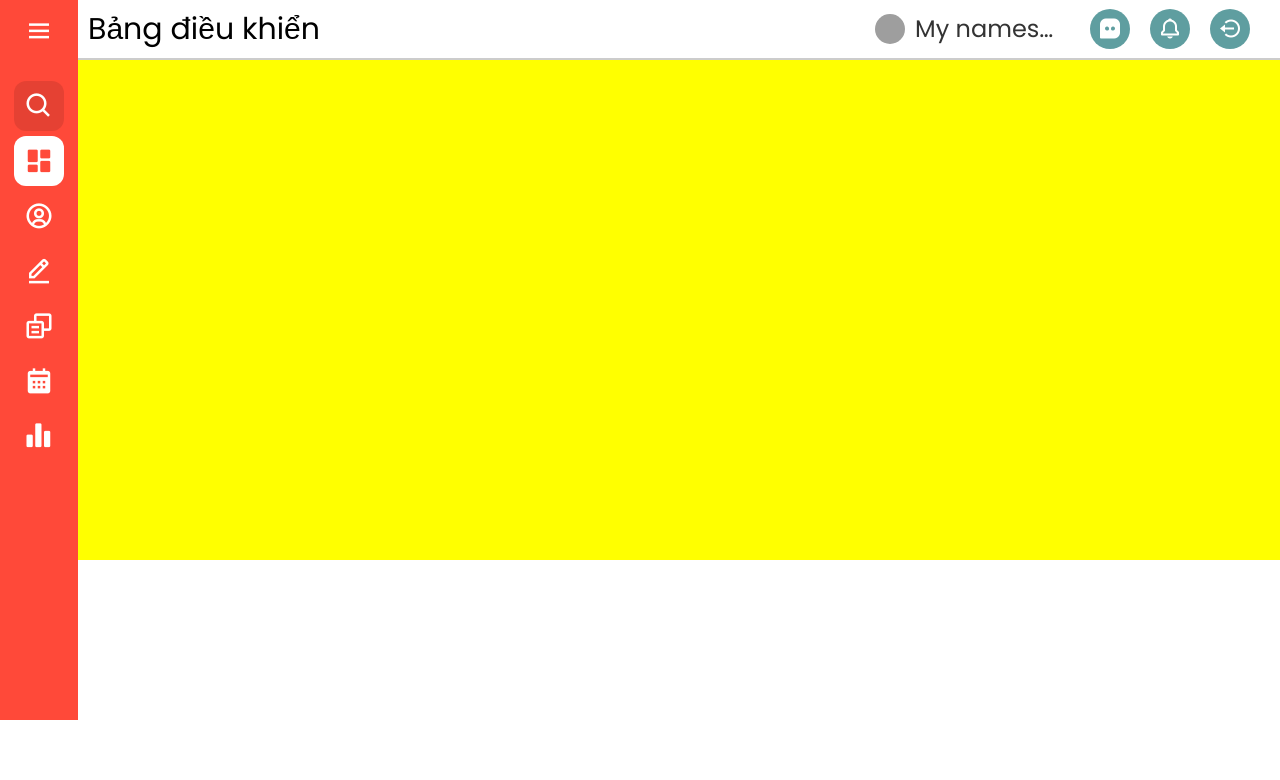
Repository: ThangQuyeenf/Wassefy.github.io
Page: teacher.html
An editor plug-in stored every save of this project. The page is shown before and after the next save, followed by the edit.
The browser window is 1280 px wide. The pictures show the whole page.
Pictures or frames that could not be fetched are drawn as grey boxes.

Above is the page before, as saved 2021-08-31 08:34:35.

### teacher.html
<!DOCTYPE html>
<html lang="en">
<head>
    <meta charset="UTF-8">
    <meta http-equiv="X-UA-Compatible" content="IE=edge">
    <meta name="viewport" content="width=device-width, initial-scale=1.0">
    <link rel="stylesheet" href="./CSS/general.css" type="text/css">
    <link rel="stylesheet" href="./CSS/teacher.css" type="text/css">
    <link rel="stylesheet" href="./CSS/table.css" type = "text/css">
    <script type = "text/javascript" src="./JS/teacher.js" defer ></script>
    <script type = "text/javascript" src="./JS/general.js" defer ></script>
    <link href='https://unpkg.com/boxicons@2.0.9/css/boxicons.min.css' rel='stylesheet'>
     <script type="module" src="https://unpkg.com/ionicons@5.5.2/dist/ionicons/ionicons.esm.js"></script>
    <script nomodule src="https://unpkg.com/ionicons@5.5.2/dist/ionicons/ionicons.js"></script>
</head>
<body>
    <div class="container">
        <!-- // header -->
        <div class="header">
            <div id="func_select">Bảng điều khiển</div>
            <div class="user">
                <div class="user-info">
                    <img src="./IMG/basket11.jpg" alt="" class="user_img">
                    <div class="user_names">My names adasdsadssd</div>
                </div>
                <div class="user_message">
                    <i class='bx bxs-message-square-dots'></i>
                </div>
                <div class="user_notification">
                    <i class='bx bx-bell'></i>
                </div>
                <div class="user_logout">
                    <i class='bx bx-log-out-circle'></i>
                </div>
            </div>
        </div>
        <!-- // Menu -->
        <div class="navigation">
            <div class="logo_content">
                <div class="logo">
                    <i class='bx bxs-analyse'></i>
                    <div class="logo-name">EMS</div>
                </div>
                <i class='bx bx-menu' id="menu-btn"></i>
            </div>
            <ul class="nav_list">
                <li>
                    <i class='bx bx-search'></i>
                    <input type="text" placeholder="Search...">
                    <span class="tooltip">Search</span>
                </li>
                <li>
                    <a href="#" class="list active">

                        <i class='bx bxs-dashboard'></i>
                        <span class="links_name">Bảng điều khiển</span>
                    </a>
                    <span class="tooltip">Bảng điều khiển </span>
                </li>
                 <li>
                    <a href="#" class="list">
                        <i class='bx bx-user-circle'></i>
                        <span class="links_name">Hồ sơ giảng viên</span>
                    </a>
                    <span class="tooltip">Hồ sơ giảng viên</span>
                </li>
                <li>
                    <a href="#" class="list">
                        <i class='bx bx-edit-alt'></i>
                        <span class="links_name">Đăng ký giảng dạy</span>
                    </a>
                    <span class="tooltip">Đăng ký giảng dạy</span>
                </li>
                <li>
                    <a href="#" class="list">
                        <i class='bx bx-copy-alt'></i>
                        <span class="links_name">Phân công giảng dạy</span>
                    </a>
                    <span class="tooltip">Phân công giảng dạy</span>
                </li>
                <li>
                    <a href="#" class="list">
                        <i class='bx bxs-calendar'></i>
                        <span class="links_name">Thời khóa biểu</span>
                    </a>
                    <span class="tooltip">Thời khóa biểu</span>
                </li>
                <li>
                    <a href="#" class="list">
                        <i class='bx bxs-bar-chart-alt-2'></i>
                        <span class="links_name">Quản lý điểm</span>
                    </a>
                    <span class="tooltip">Quản lý điểm</span>
                </li>
            </ul>
        </div>
        <!-- // Content - Nội dung
        // Bảng điều khiển -->
         <div class="content active">
            <div class="dashboard"></div>
        </div>
        <!-- // Hồ sơ giảng viên -->
        <div class="content">

        </div>
        <!-- // Đăng ký giảng dạy -->
        <div class="content">

        </div>
        <!-- Phân công giảng dạy -->
        <div class="content">

        </div>
        <!-- Thời khóa biểu -->
        <div class="content">

        </div>
        <!-- Quản lý điểm -->
        <div class="content">
        </div>
    </div>
</body>
</html>

### CSS/general.css
@import url('https://fonts.googleapis.com/css2?family=Poppins:wght@200;300;400;500;600;700;800;900&display=swap');

*
{
    margin: 0;
    padding: 0;
    box-sizing: border-box;
    font-family: 'Poppins', sans-serif;
}

body {
    min-height: 100vh;
    /* background:red; */
}
.container{
    width: 100%;
    margin: auto auto;
    display: grid;
    grid-template-columns: 78px calc(100% - 78px);
    grid-gap: 0 0;
    transition: all .4s ease;
    grid-template-areas:
    "h2 h1 "
    "h2 h3";
}
.container.active{
    transition: all .4s ease;/* */
    grid-template-columns: 240px calc(100% - 240px);
}

.header{
    position: relative;
    grid-area: h1;
    height: 60px;
    /* background-color: salmon; */
    transition: all .4s ease;
    width: 100%;
    display: flex;
    border-bottom: 2px solid rgba(0, 0,0, 0.2);
    /* border-radius: -40px;
    border-bottom-left-radius: 40px; */
}
#func_select{
    text-align: center;
    position: absolute;
    top: 50%;
    left: 10px;
    font-size: 30px;
    transform: translateY(-50%);
}
.user{
    display: flex;
    text-align: center;
    justify-content: space-between;
    position: absolute;
    right: 10px;
    top: 50%;
    transform: translateY(-50%);
    float: right;
    margin: 0 10px;
    font-size: 24px;
    color: #fff;
    line-height: 40px;
    align-items: center;
}
.user-info{
    height: 40px;
    border-radius: 40px;
    display:flex;
    max-width: 200px;
    align-items: center;
    margin-right: 10px;
    /* background-color: aquamarine; */
    justify-content: space-between;
}
.user-info:hover{
    background: #b1c9ca;
    transition: all .2s ease;
    cursor: pointer;
}
.user_img{
    padding: 5px;
    height: 40px;
    width: 40px;
    border-radius: 40px;
    margin-right: 0 10px;
}
.user_names{
    padding: 5px;
    margin-right: 10px;
    color: #333;
    text-align: left;
    display:-webkit-box;
    -webkit-line-clamp:1;
    -webkit-box-orient: vertical;
    overflow: hidden;
    text-overflow: ellipsis;
    word-break: break-word;
}
.user_message{
    height: 40px;
    width: 40px;
    border-radius: 40px;
    margin: 0 10px;
    background: cadetblue;
}
.user_notification{
    height: 40px;
    width: 40px;
    border-radius: 40px;
    background: cadetblue;
    margin: 0 10px;
}
.user_logout{
    height: 40px;
    width: 40px;
    border-radius: 40px;
    background: cadetblue;
    margin: 0 10px;
}
.user i{
    height: 40px;
    line-height: 40px;
    text-align: center;
}
.user_notification:hover,.user_message:hover,.user_logout:hover{
    background: #b1c9ca;
    transition: all .2s ease;
}


.navigation{
    position: relative;
    grid-area: h2;
    height: 100vh;
    background-color: darksalmon;
    transition: all .4s ease;
}
.navigation
{
    position: fixed;
    z-index: 1000;
    top: 0px;
    left: 0px;
    background-color: #ff1c08cc;
    padding: 6px 14px;
    width: 78px;
    transition: all 0.4s ease;
}
.navigation.active{
    width: 240px;
}
.navigation .logo_content .logo{
    color: #fff;
    display: flex;
    height: 50px;
    width: 100%;
    align-items: center;
    opacity: 0;
    pointer-events: none;
    transition:all .4s ease;
}
.navigation.active .logo_content .logo{
    opacity: 1;
    pointer-events: none;
}
.logo_content .logo i{
    font-size: 40px;
    margin-right: 5px;
}
.logo_content .logo .logo-name{
    font-size: 40px;
    font-weight: 500;
}
.navigation #menu-btn{
    color: #fff;
    position: absolute;
    left: 50%;
    top: 6px;
    font-size: 30px;
    width: 50px;
    height: 50px;
    text-align: center;
    line-height: 50px;
    transform: translateX(-50%);
}
.navigation.active #menu-btn{
    left: 90%;
}
.nav_list{
    margin-top: 25px;
}
.nav_list li{
    position: relative;
    height: 50px;
    width: 100%;
    margin: 5px 0;
    list-style-type: none;
    line-height: 50px;
}
.nav_list li a{
    color: #fff;
    display: flex;
    align-items: center;
    text-decoration: none;
    transition: all .4s ease;
    border-radius: 12px;
    white-space: nowrap;
}
.nav_list li a:hover{
    color: #ff1c08cc;
    background: #fff;
}
.list.active{
    color: #ff1c08cc;
    background: #fff;
}
.nav_list li input{
    position: absolute;
    height: 100%;
    width: 100%;
    left: 0;
    top: 0;
    border-radius: 12px;
    outline: none;
    border: none;
    background:rgba(0, 0, 0 ,0.1);
    padding-left: 50px;
    font-size: 18px;
    color: #fff;
}
.nav_list li .bx-search{
    position: absolute;
    z-index: 1001;
    color: #fff;
    font-size: 30px;
}
.nav_list li .bx-search:hover{
    background: #fff;
    color: #ff1c08cc;
}
.nav_list li i{
    height: 50px;
    min-width: 50px;
    border-radius: 12px;
    line-height: 50px;
    font-size: 30px;
    text-align: center;
}
.tooltip{
    position: absolute;
    left: 122px;
    top: 0;
    transform: translate(-50%, -50%);
    /* height: 35px; */
    min-width: 180px;
    max-width: 240px;
    background: #fff;
    box-shadow: 0 5px 10px rgba(0, 0, 0 ,0.2);
    border-radius: 12px;
    line-height: 35px;
    text-align: center;
    transition: 0s;
    opacity: 0;
    pointer-events: none;
    display: block;
}
.nav_list li:hover .tooltip{
    top: 50%;
    opacity: 1;
    transition: all .4s ease;
}
.nav_list.active li .tooltip{
    display: none;
}
.nav_list .links_name{
    opacity: 0;
    pointer-events: none;
    transition:all .4s ease;
    /* display:-webkit-box; */
    -webkit-line-clamp:1;
    -webkit-box-orient: vertical;
    overflow: hidden;
    text-overflow: ellipsis;
    word-break: break-word;
}
.nav_list.active .links_name{
    opacity: 1;
    pointer-events: auto;
}

.content{
    grid-area: h3;
    transition: all .4s ease;
    min-height: 100vh;
    position: relative;
    opacity: 0;
    display: none;
}
.content.active{
    display: block;
    opacity: 1;
    z-index: 1;
}
.del{
    height: 25px;
    width: 25px;
    border-radius: 6px;
    border: none;
    background-color: red;
    color: #fff;
}
.del:hover{
    opacity: 0.6;
    cursor: pointer;
}
.bottom-100{
   margin-bottom: 100px;
}
.del{
    height: 25px;
    width: 25px;
    border-radius: 6px;
    border: none;
    background-color: red;
    color: #fff;
}
.del:hover{
    opacity: 0.6;
    cursor: pointer;
}

.warning-text{
    color: red;
    /* font-size: 28px; */
}

### CSS/teacher.css
.dashboard{
    width: 100%;
    height: 500px;
    background-color:yellow;
    opacity: 1;
    position: absolute;
    top: 0;
    left: 0;
}

### CSS/table.css
/* --colNum: 8; */

.total{
    margin-top: -2px;
    position: relative;
    width: 96%;
    height: 45px;
    left: 50%;
    transform: translateX(-50%);
    border-left: 1px solid rgba(0, 0, 0 ,0.2);
    border-right: 1px solid rgba(0, 0, 0 ,0.2);
    border-bottom: 1px solid rgba(0, 0, 0 ,0.2);
    display: flex;
    justify-content: space-between;
    align-items: center;
    padding-left: 30px;
    /* margin-left: 20px; */
}
.title{
    margin-top: 20px;
    text-align: center;
}
.table{
    /* margin-left: 20px; */
    margin-top: 20px;
    position: relative;
    min-height: 107px;
    width: 96%;
    left: 50%;
    transform: translateX(-50%);
    border: 1px solid rgba(0, 0, 0 ,0.2);
    /* border-radius: 6px; */
    overflow: hidden;
}
.table li{
    padding: 10px 0;
    display: flex;
    justify-content: space-between;
    text-align: center;
    position: relative;
    min-height: 45px;
}
.table-header{
    background-color: #95A5A6;
    font-size: 14px;
    text-transform: uppercase;
    letter-spacing: 0.03em;
}
.row{
    background-color: #ffffff;
    min-height: 45px;
    display: flex;
    justify-content: space-between;
    align-items: center;
    flex-direction: row;
}
.table .last-row{
    position: absolute;
    width: 100%;
    bottom: 0;
}
.table li:last-child{
    border-top: 1px solid rgba(0, 0, 0 ,0.2);
}

.col{
    flex-basis: 1;
    width: 100%;
    position: relative;
    /* height: 45px; */
    /* margin-top: -10px; */
}
.col-equa{
    flex-basis: calc(100%/7);
}

.col-p5{
    flex-basis: 5%;
}
.col-p8{
    flex-basis: 8%;
}
.col-p10{
    flex-basis: 10%;
}
.col-p12{
    flex-basis: 12%;
}
.col-p15{
    flex-basis: 15%;
}
.col-p20{
    flex-basis: 20%;
}
.col-p25{
    flex-basis: 25%;
}
.col-p30{
    flex-basis: 30%;
}
.col-p35{
    flex-basis: 35%;
}
.col-p40{
    flex-basis: 40%;
}
.col-p45{
    flex-basis: 45%;
}
.col-half{
    flex-basis: 50%;
}

.underline{
    border-top: 1px solid rgba(0, 0, 0 ,0.2);
}

.line-5{
    height: 100%;
    width: 1px;
    background-color: rgba(0, 0, 0 ,0.2);
    position: absolute;
    left: 5%;
    z-index: 2;
}
.line-10{
    height: 100%;
    width: 1px;
    background-color: rgba(0, 0, 0 ,0.2);
    position: absolute;
    left: 10%;
    z-index: 2;
}
.line-15{
    height: 100%;
    width: 1px;
    background-color: rgba(0, 0, 0 ,0.2);
    position: absolute;
    left: 15%;
    z-index: 2;
}
.line-20{
    height: 100%;
    width: 1px;
    background-color: rgba(0, 0, 0 ,0.2);
    position: absolute;
    left: 20%;
    z-index: 2;
}
.line-25{
    height: 100%;
    width: 1px;
    background-color: rgba(0, 0, 0 ,0.2);
    position: absolute;
    left: 25%;
    z-index: 2;
}
.line-30{
    height: 100%;
    width: 1px;
    background-color: rgba(0, 0, 0 ,0.2);
    position: absolute;
    left: 30%;
    z-index: 2;
}
.line-35{
    height: 100%;
    width: 1px;
    background-color: rgba(0, 0, 0 ,0.2);
    position: absolute;
    left: 35%;
    z-index: 2;
}
.line-40{
    height: 100%;
    width: 1px;
    background-color: rgba(0, 0, 0 ,0.2);
    position: absolute;
    left: 40%;
    z-index: 2;
}
.line-45{
    height: 100%;
    width: 1px;
    background-color: rgba(0, 0, 0 ,0.2);
    position: absolute;
    left: 45%;
    z-index: 2;
}
.line-50{
    height: 100%;
    width: 1px;
    background-color: rgba(0, 0, 0 ,0.2);
    position: absolute;
    left: 50%;
    z-index: 2;
}
.line-55{
    height: 100%;
    width: 1px;
    background-color: rgba(0, 0, 0 ,0.2);
    position: absolute;
    left: 55%;
    z-index: 2;
}
.line-60{
    height: 100%;
    width: 1px;
    background-color: rgba(0, 0, 0 ,0.2);
    position: absolute;
    left: 60%;
    z-index: 2;
}
.line-65{
    height: 100%;
    width: 1px;
    background-color: rgba(0, 0, 0 ,0.2);
    position: absolute;
    left: 65%;
    z-index: 2;
}
.line-70{
    height: 100%;
    width: 1px;
    background-color: rgba(0, 0, 0 ,0.2);
    position: absolute;
    left: 70%;
    z-index: 2;
}
.line-75{
    height: 100%;
    width: 1px;
    background-color: rgba(0, 0, 0 ,0.2);
    position: absolute;
    left: 75%;
    z-index: 2;
}
.line-80{
    height: 100%;
    width: 1px;
    background-color: rgba(0, 0, 0 ,0.2);
    position: absolute;
    left: 80%;
    z-index: 2;
}
.line-85{
    height: 100%;
    width: 1px;
    background-color: rgba(0, 0, 0 ,0.2);
    position: absolute;
    left: 85%;
    z-index: 2;
}
.line-90{
    height: 100%;
    width: 1px;
    background-color: rgba(0, 0, 0 ,0.2);
    position: absolute;
    left: 90%;
    z-index: 2;
}
.line-95{
    height: 100%;
    width: 1px;
    background-color: rgba(0, 0, 0 ,0.2);
    position: absolute;
    left: 95%;
    z-index: 2;
}

### JS/general.js
let menuToggle = document.querySelector('#menu-btn');
let container = document.querySelector('.container');
let navigation = document.querySelector('.navigation');
let navList = document.querySelector('.nav_list');
let search = document.querySelector('.bx-search');
let header = document.querySelector('.header')
menuToggle.onclick = function(e){
    container.classList.toggle('active');
    navigation.classList.toggle('active');
    navList.classList.toggle('active');
}
search.onclick = function(e){
    container.classList.toggle('active');
    navigation.classList.toggle('active');
    navList.classList.toggle('active');
}
let list = document.querySelectorAll('.list');
let content = document.querySelectorAll('.content');
const FuncName1 = [
    'Bảng điều khiển',
    'Hồ sơ sinh viên',
    'Đăng ký học phần',
    'Đăng ký lớp học',
    'Thời khóa biểu',
    'Kết quả học tập',
    'Công nợ học phí',
    'Đăng ký dich vụ'
];
const FuncName2 = [
    'Bảng điều khiển',
    'Hồ sơ giảng viên',
    'Đăng ký giảng dạy',
    'Phân công giảng dạy',
    'Thời khóa biểu',
    'Quản lý điểm'
]
for( let i= 0; i<list.length; i++){
    list[i].onclick = function(){
        let j = 0;
        while( j < list.length){
            let tmp = j++;
            list[tmp].className = 'list';
            content[tmp].className = 'content';
        }
        list[i].className = 'list active';
        content[i].className = 'content active';
        if (list.length > 6){
            document.getElementById('func_select').innerHTML = `${FuncName1[i]}`;
        }else{
            document.getElementById('func_select').innerHTML = `${FuncName2[i]}`;
        }
    }
}

Loaded but not shown: JS/teacher.js (empty)

After the next save:
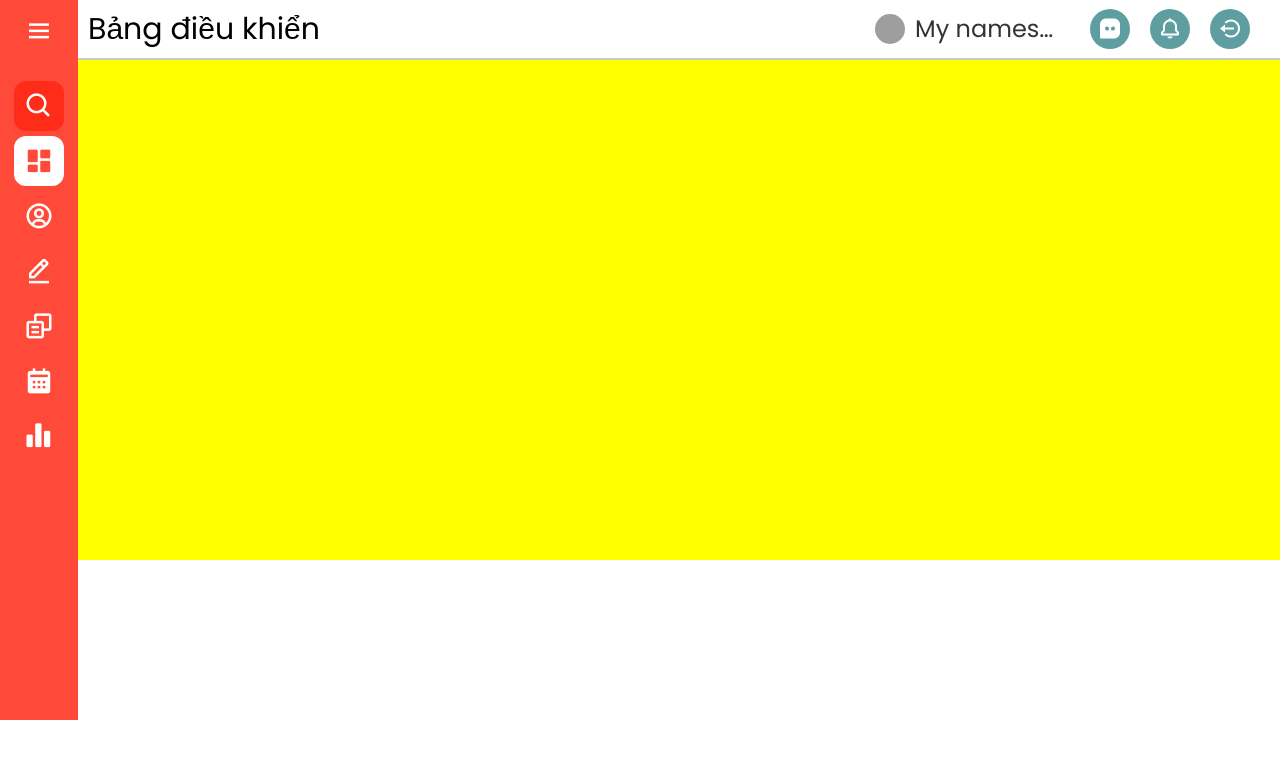
Saved 23 s later.
--- a/CSS/general.css
+++ b/CSS/general.css
@@ -224,7 +224,7 @@ body {
     border-radius: 12px;
     outline: none;
     border: none;
-    background:rgba(0, 0, 0 ,0.1);
+    background: #ff1c089e;
     padding-left: 50px;
     font-size: 18px;
     color: #fff;
